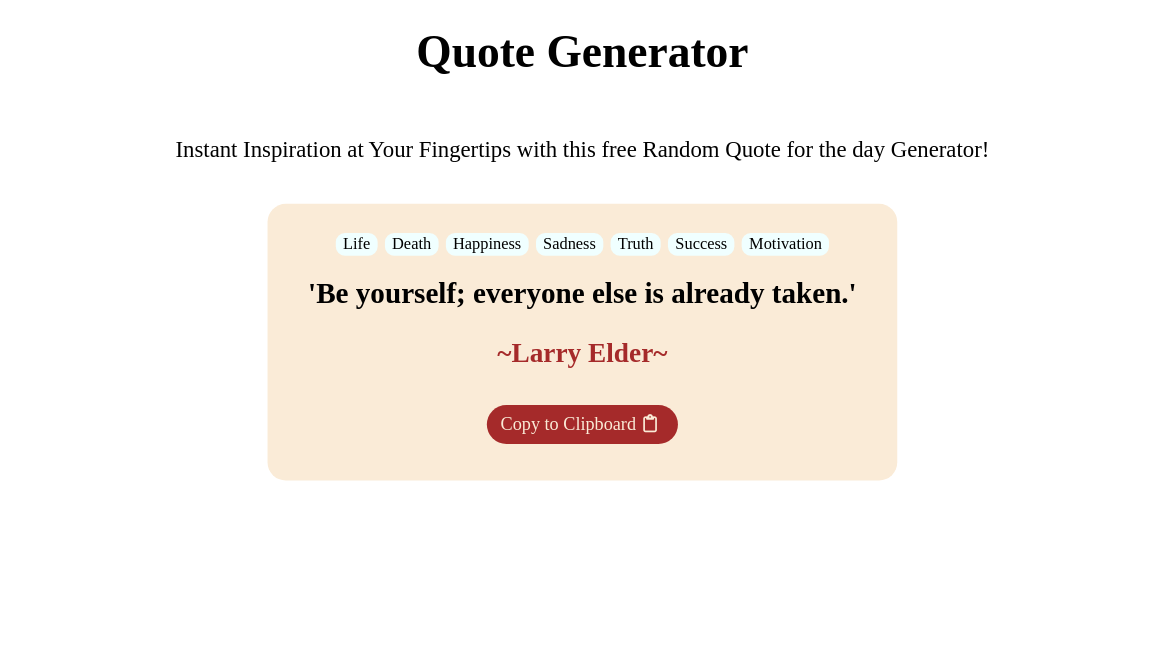
Repository: moehaymanmyint/Random-Quote-Generator
Page: index.html
These files come from the project's save history. The page is drawn as it stood at one moment and after the next save; the edit follows.
The browser window is 1280 px wide. The pictures show the whole page, at 91% of full size.
Some web fonts or font styles are not loaded; a fallback is used. Some web libraries are served in a nearby version.

Above is the page before, as saved 2024-11-07 23:09:01.

After the next save:
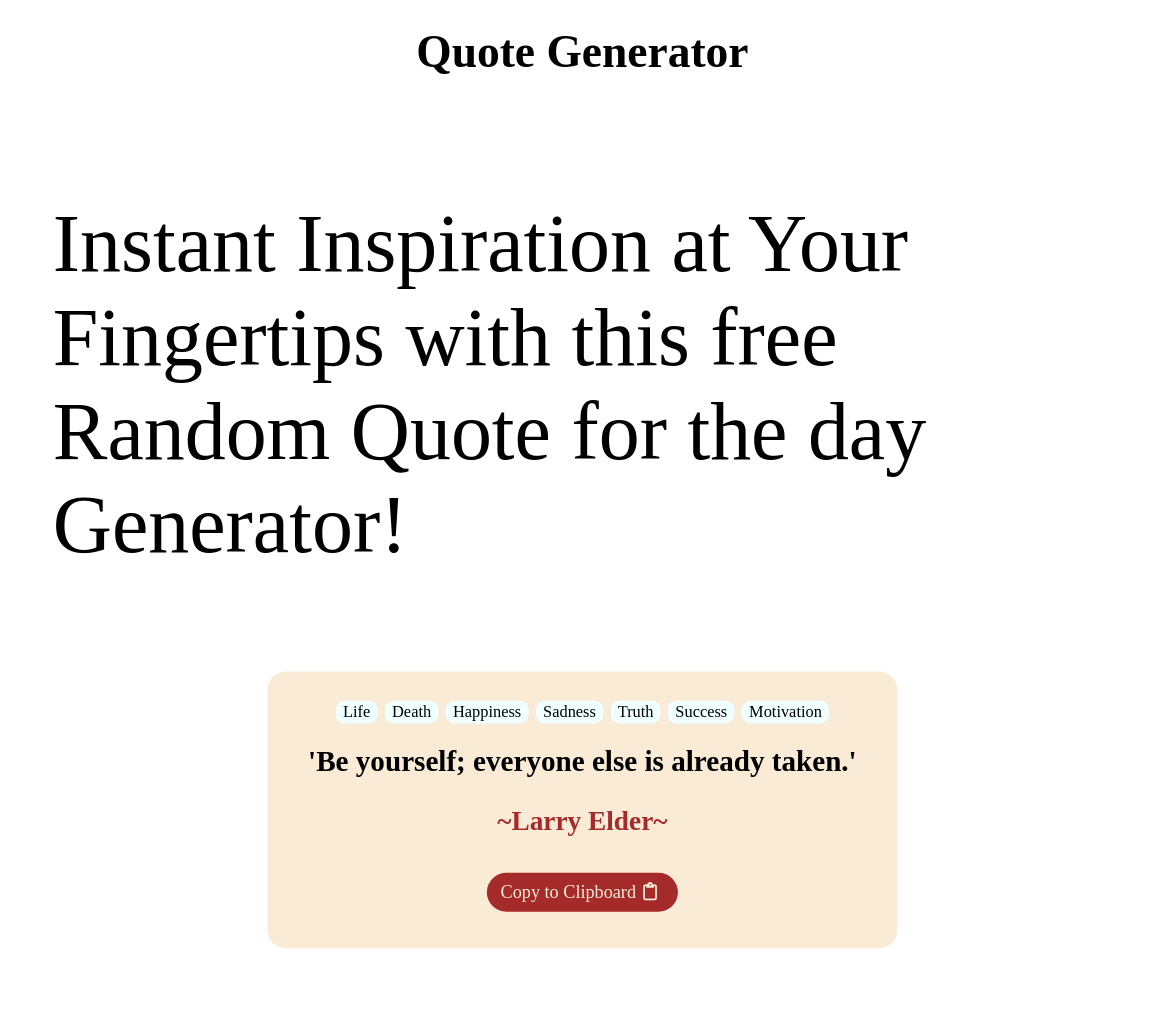
Saved 13 s later.
--- a/style.css
+++ b/style.css
@@ -11,7 +11,7 @@
     margin: 20px;
 }
 .description{
-    font-size: 25px;
+    font-size: 90px;
     padding: 20px 50px;
 }
 .container .quote{

After the save that followed:
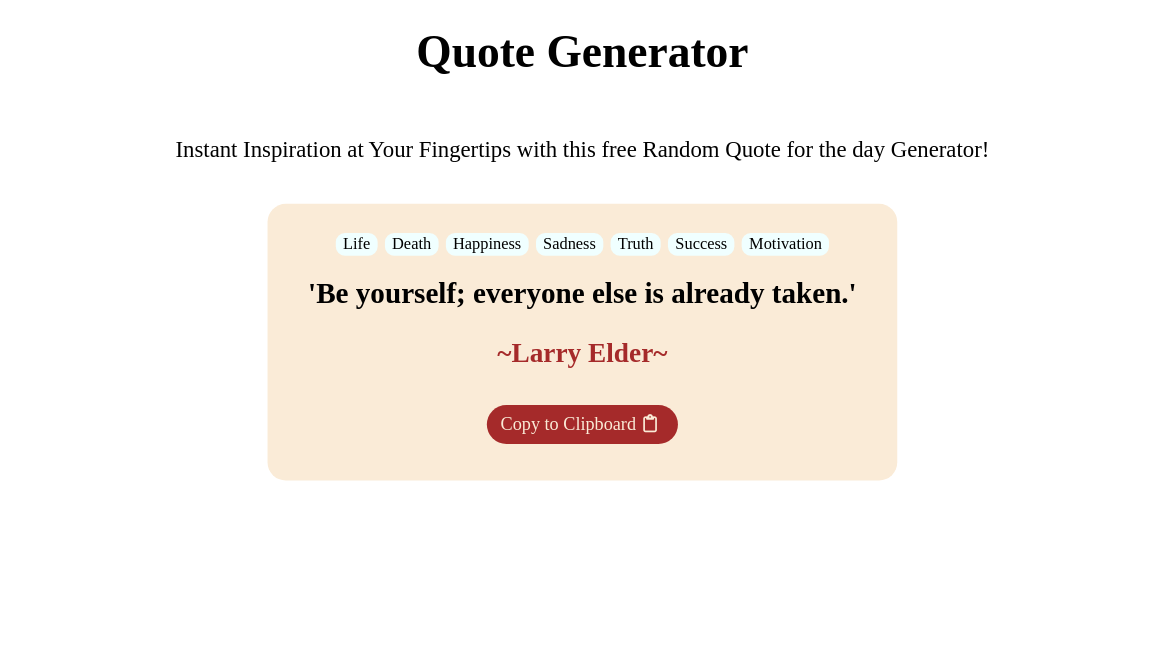
Saved 6 s later.
--- a/style.css
+++ b/style.css
@@ -11,7 +11,7 @@
     margin: 20px;
 }
 .description{
-    font-size: 90px;
+    font-size: 25px;
     padding: 20px 50px;
 }
 .container .quote{
